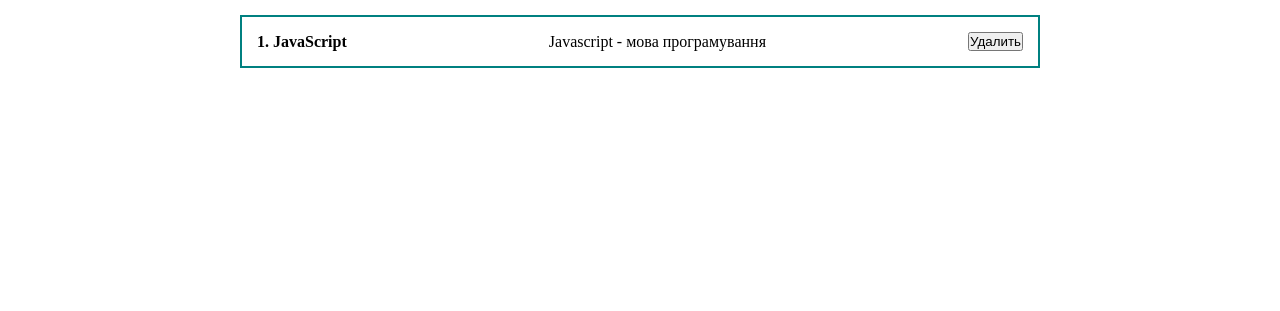
Repository: otvertka/ulb2_react
Page: / (app in jk_project/)
The author's editor kept a copy of each file at every save. The page is drawn from the files as they stood at one save, then again after the next save.
The browser window is 1280 px wide. The pictures show the whole page.
The project was rebuilt for these pictures with package versions that can differ from the ones it lists, and the page was loaded fresh each time. Also part of the build but not shown: jk_project/src/component/Counter.jsx, jk_project/src/component/ClassCounter.jsx.

Above is the page before, as saved 2023-09-08 10:11:12.

### jk_project/public/index.html
<!DOCTYPE html>
<html lang="en">
  <head>
    <meta charset="utf-8" />

    <meta name="viewport" content="width=device-width, initial-scale=1" />

    <title>React App</title>
  </head>
  <body>
    <noscript>You need to enable JavaScript to run this app.</noscript>
    <div id="root"></div>
    <!-- Здесь будет приложение JS -->
  </body>
</html>

### jk_project/src/App.js
import React, { useState } from "react";
import Counter from "./component/Counter";
import ClassCounter from "./component/ClassCounter";
import classes from "./styles/App.css";
import PostItem from "./component/PostItem";

function App() {
  // const [count, setCount] = useState(0);
  const [value, setValue] = useState("");

  return (
    <div className="App">
      <PostItem />
    </div>
  );
}

export default App;

### jk_project/src/styles/app.css
* {
  margin: 0;
  padding: 0;
  box-sizing: border-box;
}

#root {
  display: flex;
  justify-content: center;
}

.App {
  width: 800px;
}

.post {
  display: flex;
  padding: 15px;
  border: 2px solid teal;
  margin-top: 15px;
  justify-content: space-between;
  align-items: center;
}

### jk_project/src/component/PostItem.jsx
import React from "react";

const PostItem = () => {
  return (
    <div>
      <div className="post">
        <div className="post__content">
          <strong>1. JavaScript</strong>
        </div>
        <div>Javascript - мова програмування</div>
        <div className="post__btns">
          <button>Удалить</button>
        </div>
      </div>
    </div>
  );
};

export default PostItem;

Loaded but not shown: jk_project/src/index.js (common file)

After the next save:
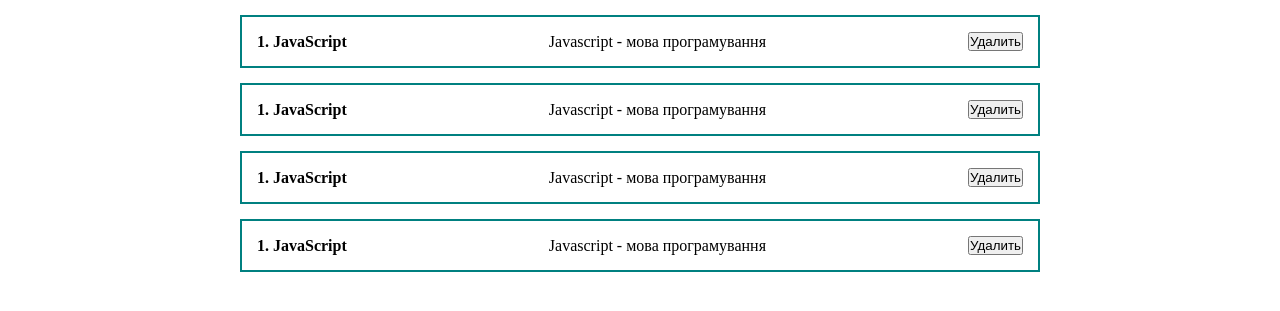
Saved 5 s later.
--- a/jk_project/src/App.js
+++ b/jk_project/src/App.js
@@ -11,6 +11,9 @@ function App() {
   return (
     <div className="App">
       <PostItem />
+      <PostItem />
+      <PostItem />
+      <PostItem />
     </div>
   );
 }
